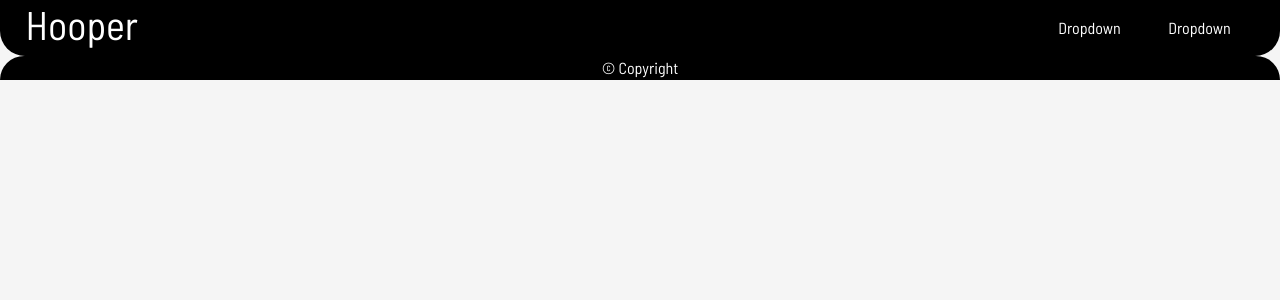
Repository: vlasarte/Hooper
Page: index.html
These files come from the project's save history. The page is drawn as it stood at one moment and after the next save; the edit follows.
The browser window is 1280 px wide. The pictures show the whole page.
Some web fonts or font styles are not loaded; a fallback is used.

Above is the page before, as saved 2020-02-11 18:56:48.

After the next save:
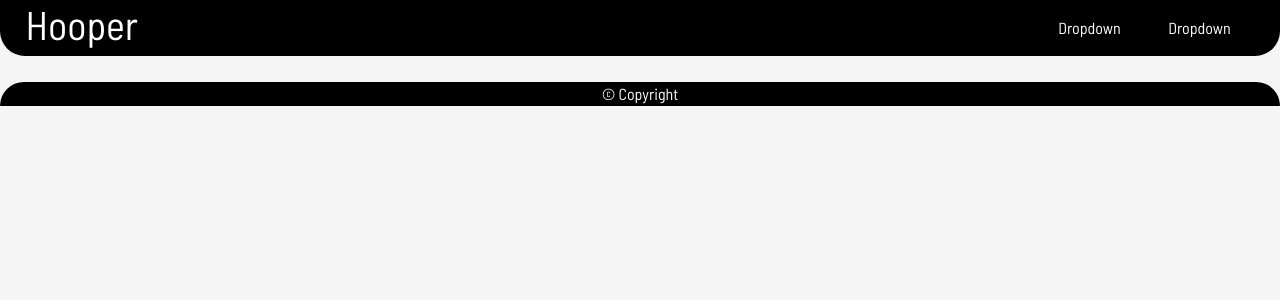
Saved 33 s later.
--- a/assets/css/style.css
+++ b/assets/css/style.css
@@ -84,6 +84,12 @@ header h1 {
     border-radius: 0px 0px 25px 25px;
 }
 
+/* body container */
+
+.body-container {
+    padding: 1%;
+}
+
 
 /* footer section */
 
